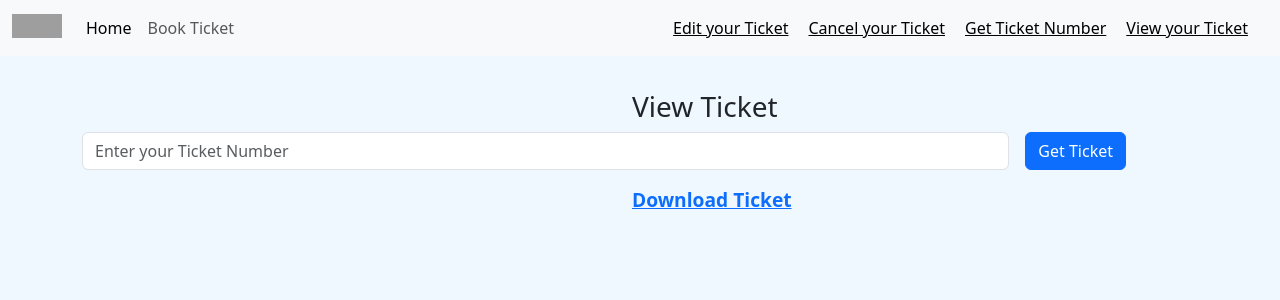
Repository: MayankSardana/Book-My-Ticket
Page: http://localhost/Ticket
These files come from the project's save history. The page is drawn as it stood at one moment and after the next save; the edit follows.
The browser window is 1280 px wide. The pictures show the whole page.
Pictures or frames that could not be fetched are drawn as grey boxes. The page is this project's Thymeleaf template; nobody is signed in. The template is opened directly, without the code that normally fills it, so the values that code supplies are empty.

Above is the page before, as saved 2024-07-02 09:26:30.

After the next save:
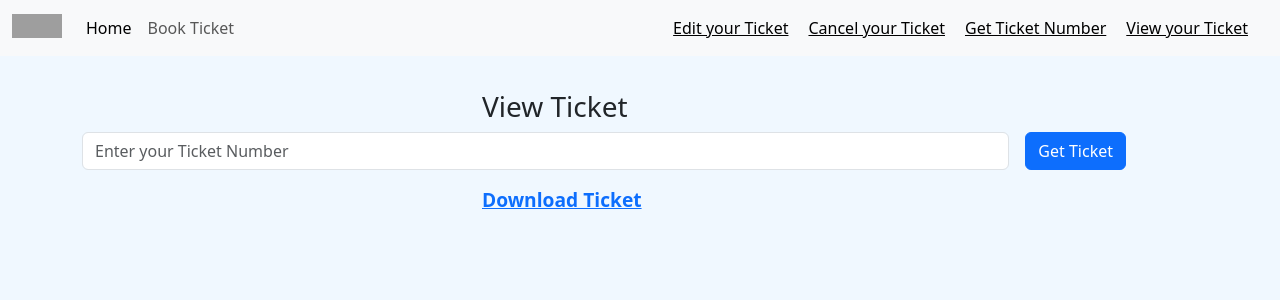
Saved 108 s later.
--- a/BookMyTicket/src/main/resources/templates/Ticket.html
+++ b/BookMyTicket/src/main/resources/templates/Ticket.html
@@ -8,11 +8,11 @@
     <style>
         .hh{
               margin-top: 10px;
-              margin-left:550px;
+              margin-left:400px;
         }
 
         .a{
-            margin-left:550px;
+            margin-left:400px;
             font-size: larger;
             font-weight: 600;
         }
